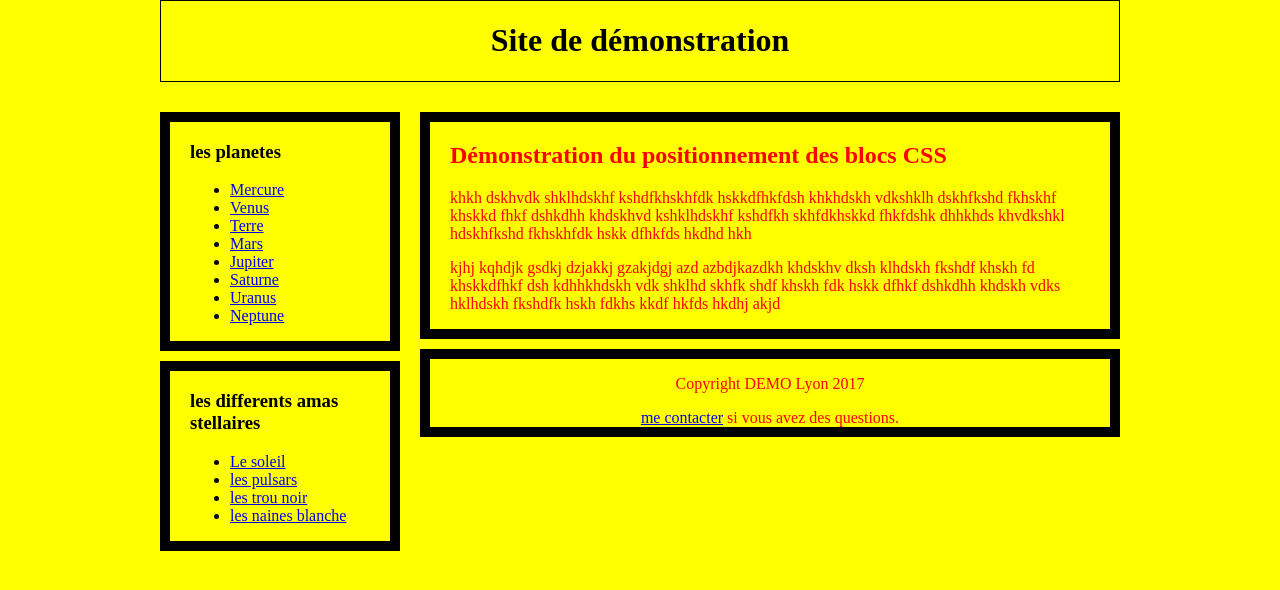
Repository: Poulpyto/fitec
Page: workspaceHtmlFlo/ModelePage1Flo/WebContent/index.html
These files come from the project's save history. The page is drawn as it stood at one moment and after the next save; the edit follows.
The browser window is 1280 px wide. The pictures show the whole page.

Above is the page before, as saved 2017-04-04 13:56:31.

### workspaceHtmlFlo/ModelePage1Flo/WebContent/index.html
<!DOCTYPE html>
<html>
<head>

<meta charset="UTF-8">
<title>Modele 1</title>
<meta name="viewport" content="width=device-width, initial-scale=1.0" /><!-- recup taille terminal utiliser , premiere etape pr respnosivité*/ -->
<link rel="stylesheet" href="css/style.css" />
</head>

<body>
	<div id="entete">
		<h1>Site de démonstration</h1>
	</div>
	<div id="nav">
		<div class="block planete">
		<h3>les planetes</h3>
			<ul>
				<li><a href= "page2.html">Mercure</a></li>
				<li><a href= "#">Venus</a></li>
				<li><a href= "#">Terre</a></li>
				<li><a href= "#">Mars</a></li>
				<li><a href= "#">Jupiter</a></li>
				<li><a href= "#">Saturne</a></li>
				<li><a href= "#">Uranus</a></li>
				<li><a href= "#">Neptune</a></li>
			</ul>
	</div>
	<div class="block espace">
		<h3>les differents amas stellaires</h3>
		<ul>
			<li><a href= "#">Le soleil</a></li>
			<li><a href= "#">les pulsars</a></li>
			<li><a href= "#">les trou noir</a></li>
			<li><a href= "#">les naines blanche</a></li>
		</ul>
	</div>
	</div>
	<div id="content">
	<div class="block">
		<h2>Démonstration du positionnement des blocs CSS</h2>
		<p>khkh dskhvdk shklhdskhf kshdfkhskhfdk hskkdfhkfdsh khkhdskh vdkshklh dskhfkshd fkhskhf khskkd fhkf dshkdhh khdskhvd kshklhdskhf kshdfkh skhfdkhskkd fhkfdshk dhhkhds khvdkshkl hdskhfkshd fkhskhfdk hskk dfhkfds hkdhd hkh</p>
		<p> kjhj kqhdjk  gsdkj dzjakkj gzakjdgj azd azbdjkazdkh khdskhv dksh klhdskh fkshdf khskh fd khskkdfhkf dsh kdhhkhdskh vdk shklhd skhfk shdf khskh fdk hskk dfhkf dshkdhh khdskh vdks hklhdskh fkshdfk hskh fdkhs kkdf hkfds hkdhj akjd</p>
	</div>
	<div class="block footer">
	<p> Copyright DEMO Lyon 2017</p>
	<a href="mailto:contact@example.com">me contacter</a> si vous avez des questions.
	</div>
	</div>
</body>

</html>

### workspaceHtmlFlo/ModelePage1Flo/WebContent/css/style.css
@CHARSET "UTF-8";
/*media queries*/
/*si la taille de l'ecran est <680px */
@media screen and (max-width:680px)
{
body {
	width: 100%;
	margin: 0 auto;
	background-color: grey;
	text-align: center;
}

#entete{
	border: 1px solid black;
	margin-bottom: 20px;
	padding: 0 20px;
	text-align:center;
}

#nav {
	width: 100%;

}

#content {
	width:100%;
	color: red;

}

.block{
	border: 10px solid black;
	margin-top: 10px;
	padding: 0 20px;
}
.footer{
	text-align: center;
}
}
/*si la taille de l'ecran est comprise entre 681 et 1279px*/
@media screen and (min-width:681px) and (max-width:1279px)
{
body {
	width: 100%;
	margin: 0 auto;
	background-color: cyan;
	text-align: center;
}


#entete{
	border: 1px solid black;
	margin-bottom: 20px;
	padding: 0 20px;
	text-align:center;
}

#nav {
	width: 100%;
}

.planete{
	float: left;
	width: 40%;
	color : green;
}
.espace{
	float: right;
	width: 40%;
	height: 225px;
}
#content {
	width:100%;
	color: red;
	float:right;
}

.block{
	border: 10px solid black;
	margin-top: 10px;
	padding: 0 20px;

}

.footer{
	text-align: center;
	width:100%;
}
}
/*si la taille est > 1279px*/
@media screen and (min-width:1280px)
{
body {
	width: 960px;
	margin: 0 auto;
	background-color: yellow;
}

#entete{
	border: 1px solid black;
	margin-bottom: 20px;
	padding: 0 20px;
	text-align:center;
}

#nav {
	width: 240px;
	float: left;
}

#content {
	width:700px;
	float: right;
	color: red;

}

.block{
	border: 10px solid black;
	margin-top: 10px;
	padding: 0 20px;
}
.footer{
	text-align: center;
}
}

After the next save:
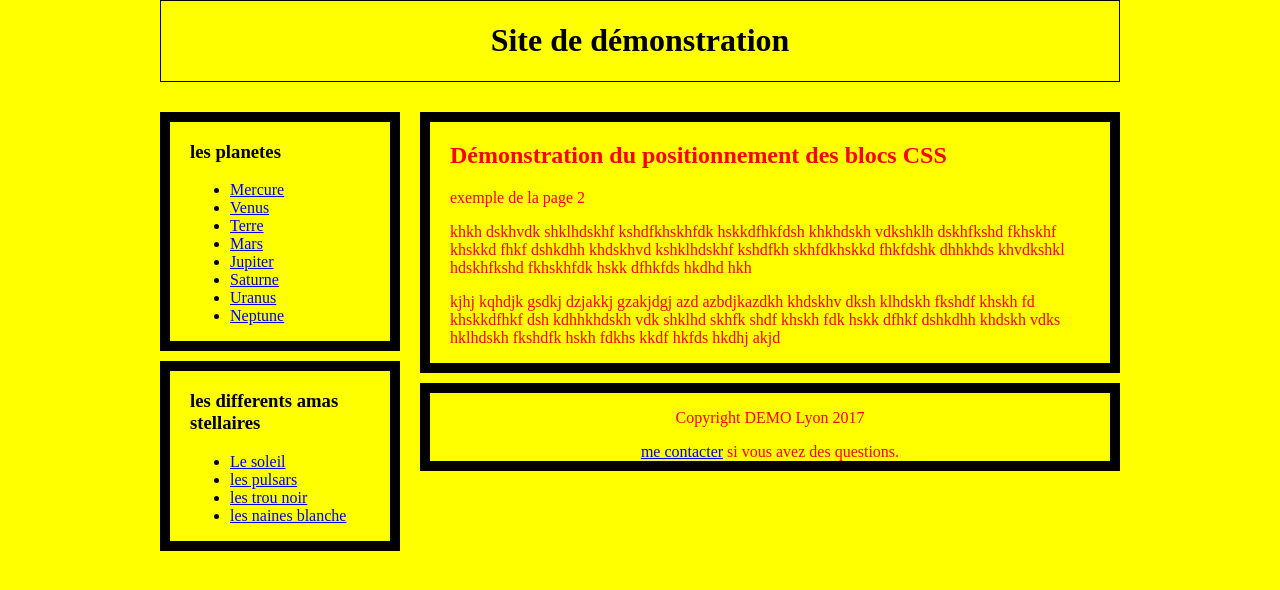
Saved 53 s later.
--- a/workspaceHtmlFlo/ModelePage1Flo/WebContent/index.html
+++ b/workspaceHtmlFlo/ModelePage1Flo/WebContent/index.html
@@ -16,7 +16,7 @@
 		<div class="block planete">
 		<h3>les planetes</h3>
 			<ul>
-				<li><a href= "page2.html">Mercure</a></li>
+				<li><a href= "#">Mercure</a></li>
 				<li><a href= "#">Venus</a></li>
 				<li><a href= "#">Terre</a></li>
 				<li><a href= "#">Mars</a></li>
@@ -39,6 +39,7 @@
 	<div id="content">
 	<div class="block">
 		<h2>Démonstration du positionnement des blocs CSS</h2>
+		<p>exemple de la page 2</p>
 		<p>khkh dskhvdk shklhdskhf kshdfkhskhfdk hskkdfhkfdsh khkhdskh vdkshklh dskhfkshd fkhskhf khskkd fhkf dshkdhh khdskhvd kshklhdskhf kshdfkh skhfdkhskkd fhkfdshk dhhkhds khvdkshkl hdskhfkshd fkhskhfdk hskk dfhkfds hkdhd hkh</p>
 		<p> kjhj kqhdjk  gsdkj dzjakkj gzakjdgj azd azbdjkazdkh khdskhv dksh klhdskh fkshdf khskh fd khskkdfhkf dsh kdhhkhdskh vdk shklhd skhfk shdf khskh fdk hskk dfhkf dshkdhh khdskh vdks hklhdskh fkshdfk hskh fdkhs kkdf hkfds hkdhj akjd</p>
 	</div>
